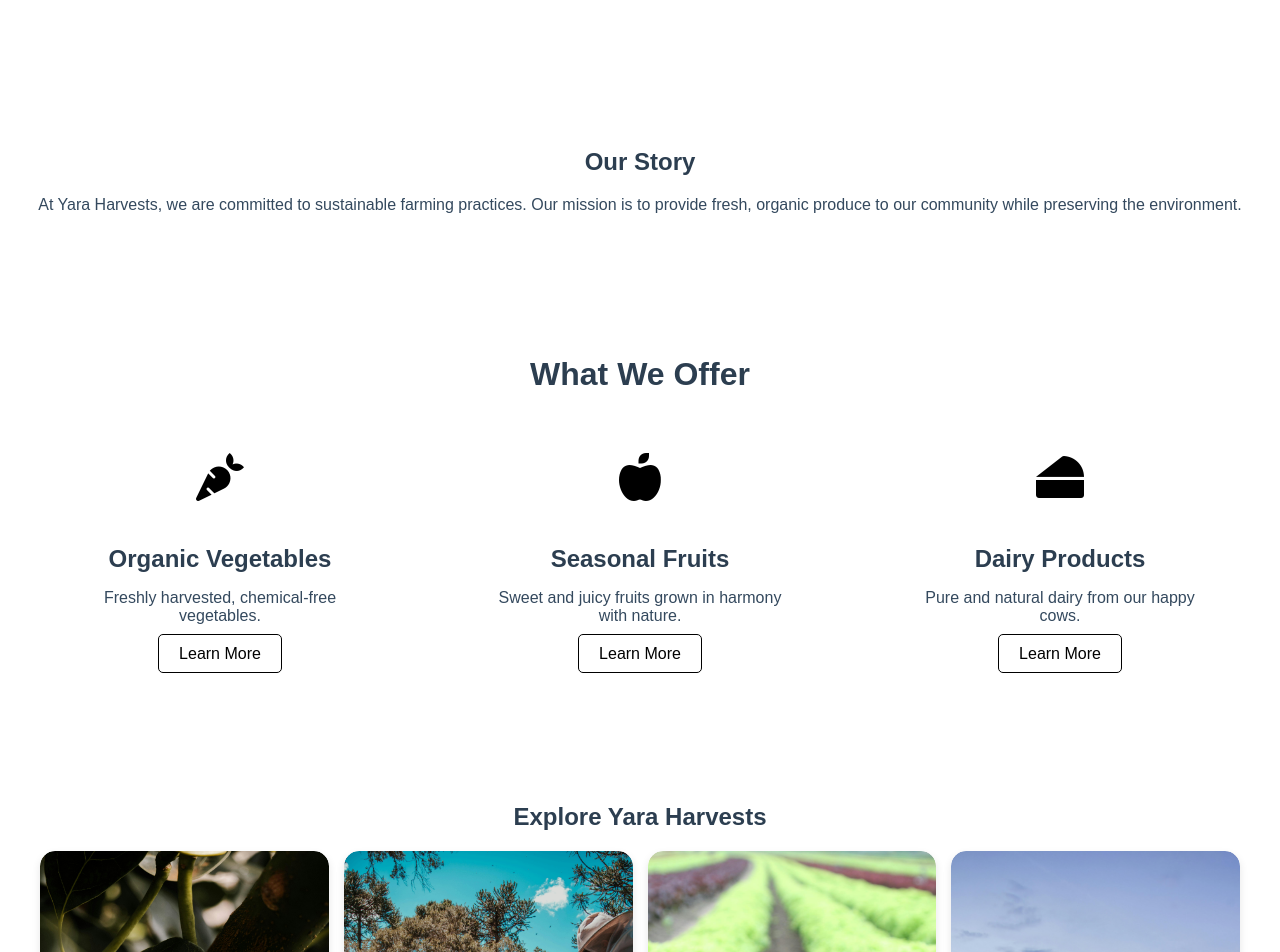
Repository: Kanyi-Manyara/yara-farm
Page: index.html
An editor plug-in stored every save of this project. The page is shown before and after the next save, followed by the edit.
The browser window is 1280 px wide. The pictures show the part of the page from y = 642 to 1594 px (the page is 3678 px tall).
Pictures or frames that could not be fetched are drawn as grey boxes.

Above is the page before, as saved 2025-02-22 14:03:21.
Console error: TypeError: Cannot read properties of null (reading 'addEventListener')

After the next save:
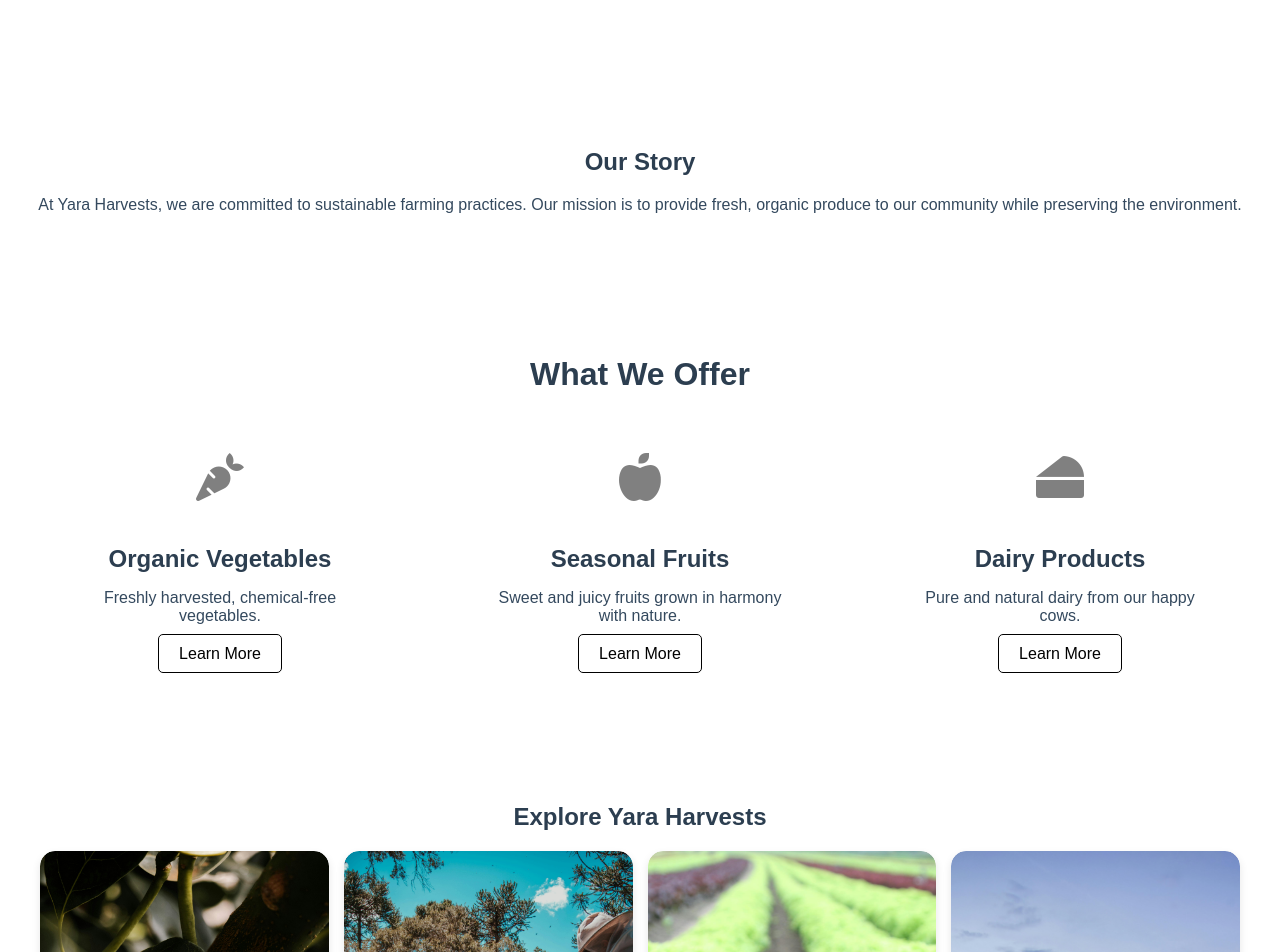
Saved 27 s later.
--- a/style.css
+++ b/style.css
@@ -206,7 +206,7 @@ body {
 
   .product-card i {
     font-size: 3rem;
-    color: black;
+    color: grey;
     margin-bottom: 20px;
   }
 
